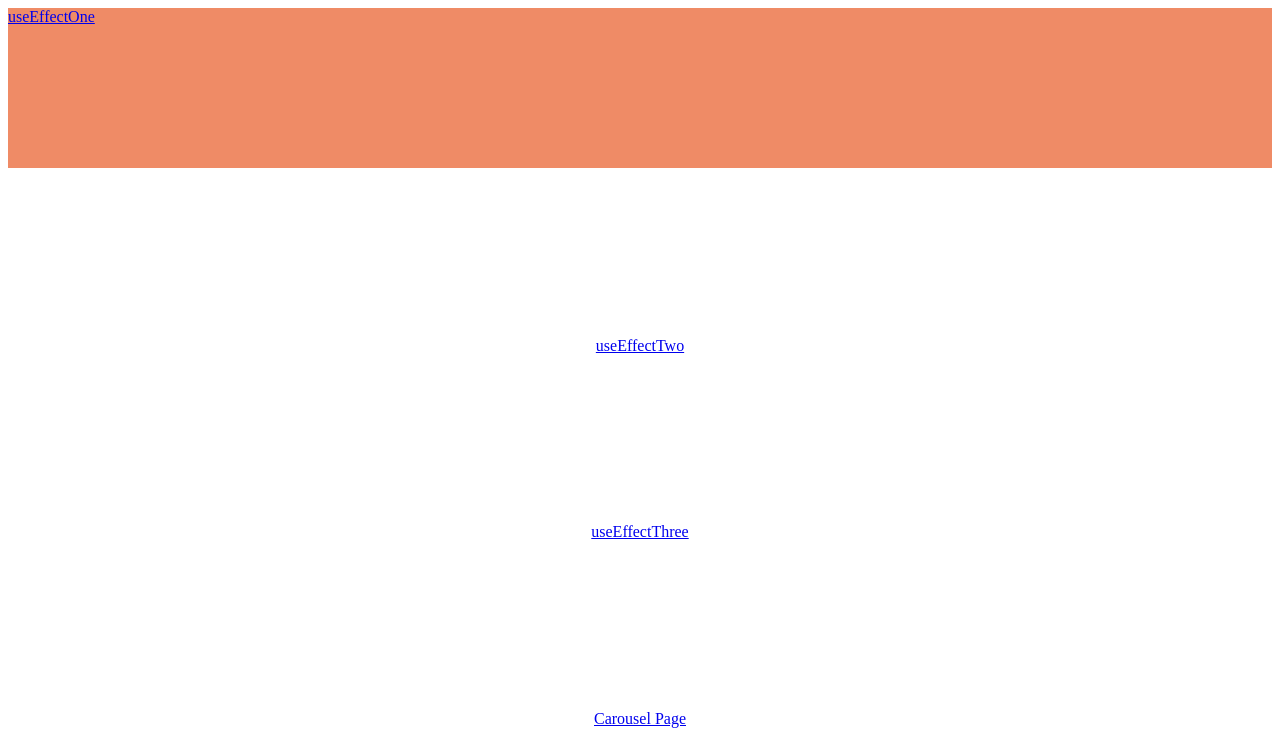
Repository: giovanabirck/class8
Page: /
An editor plug-in stored every save of this project. The page is shown before and after the next save, followed by the edit.
The browser window is 1280 px wide. The pictures show the whole page.
The project was rebuilt for these pictures with package versions that can differ from the ones it lists, and the page was loaded fresh each time. The framework's server and built-in components were replaced by stand-ins that run in the browser. Also part of the build but not shown: next.config.js.

Above is the page before, as saved 2023-02-23 17:45:27.

### pages/index.js
import Head from 'next/head'
import styles from '@/styles/Home.module.css'
import Link from 'next/link'


export default function Home() {
  return (
    <>
      <Head>
        <title>Create Next App</title>
        <meta name="description" content="Generated by create next app" />
        <meta name="viewport" content="width=device-width, initial-scale=1" />
        <link rel="icon" href="/favicon.ico" />
      </Head>
      <main className={styles.main}>
        <div className={styles.effect_one}>
          <Link href="/useEffectOne">useEffectOne</Link>
        </div>
        <div className={styles.effect_two}>
          <Link href="/useEffectTwo">useEffectTwo</Link>
        </div>
        <div className={styles.effect_three}>
          <Link href="/useEffectThree">useEffectThree</Link>
        </div>
        <div className={styles.carousel}>
          <Link href="/carouselPage">Carousel Page</Link>
        </div>
      </main>
    </>
  )
}

### styles/globals.css
:root {
  --blue: #95CDF9;
  --green: #C3E0CF;
  --orange: #EF8B66;
  --white: #f4f9fd;
  --black: #222222;
  }

### styles/Home.module.css
.main {
  display: flex;
  flex-direction: column;
  justify-content: space-between;
  align-items: center;
  padding: 0rem;
  min-height: 100vh;
}

.effect_one {
  background-color: var(--orange);
  width: 100%;
  height: 10rem;
}

Loaded but not shown: pages/_app.js (common file); pages/_document.js (common file)

After the next save:
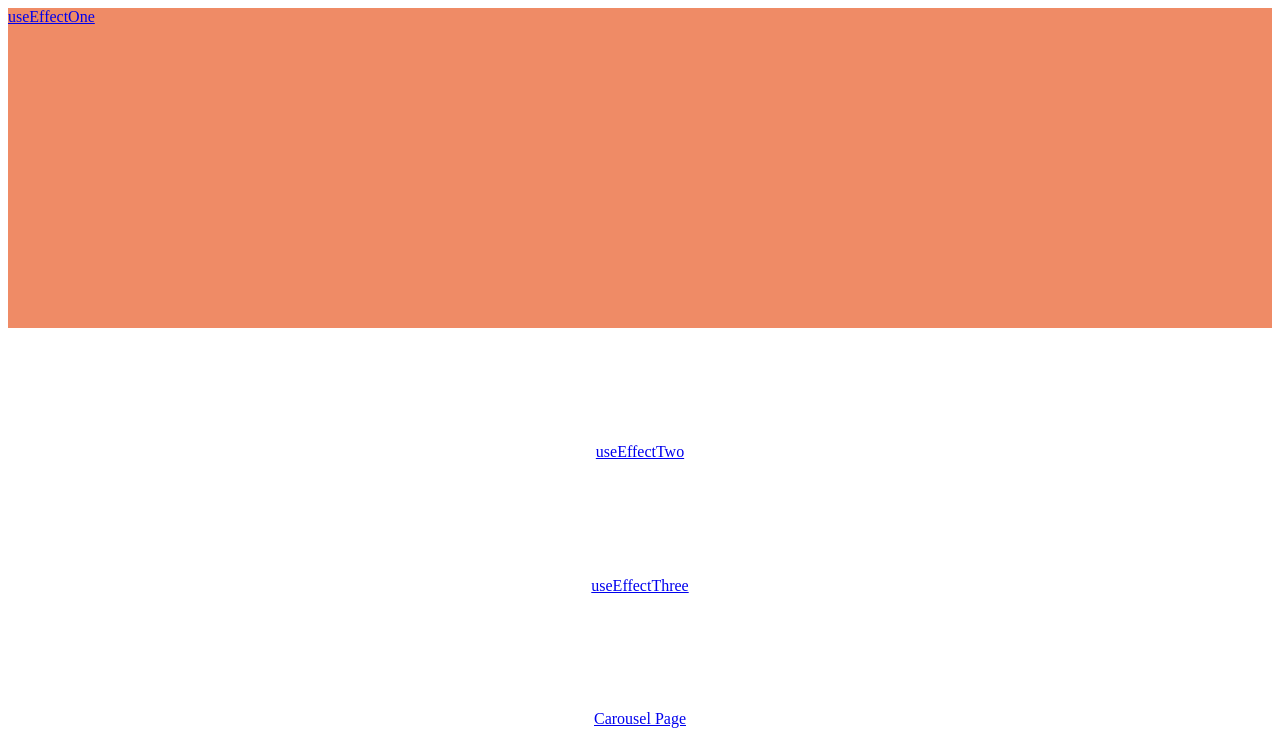
Saved 5 s later.
--- a/styles/Home.module.css
+++ b/styles/Home.module.css
@@ -10,5 +10,5 @@
 .effect_one {
   background-color: var(--orange);
   width: 100%;
-  height: 10rem;
+  height: 20rem;
 }
